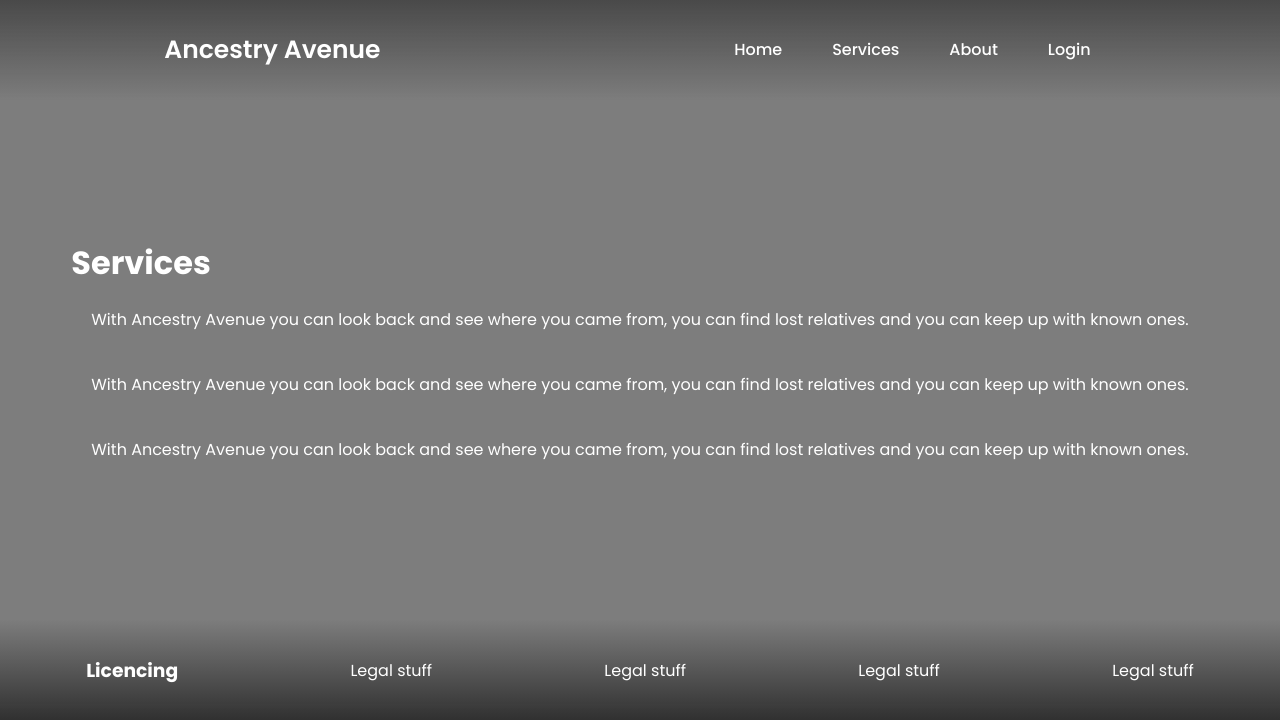
Repository: Erik-Paulin/24wuab
Page: services.html
An editor plug-in stored every save of this project. The page is shown before and after a run of saves, followed by the edit.
The browser window is 1280 px wide. The pictures show the whole page.

Above is the page before, as saved 2024-05-04 17:28:24.
Console error: TypeError: Cannot read properties of null (reading 'addEventListener')

After the next 2 saves:
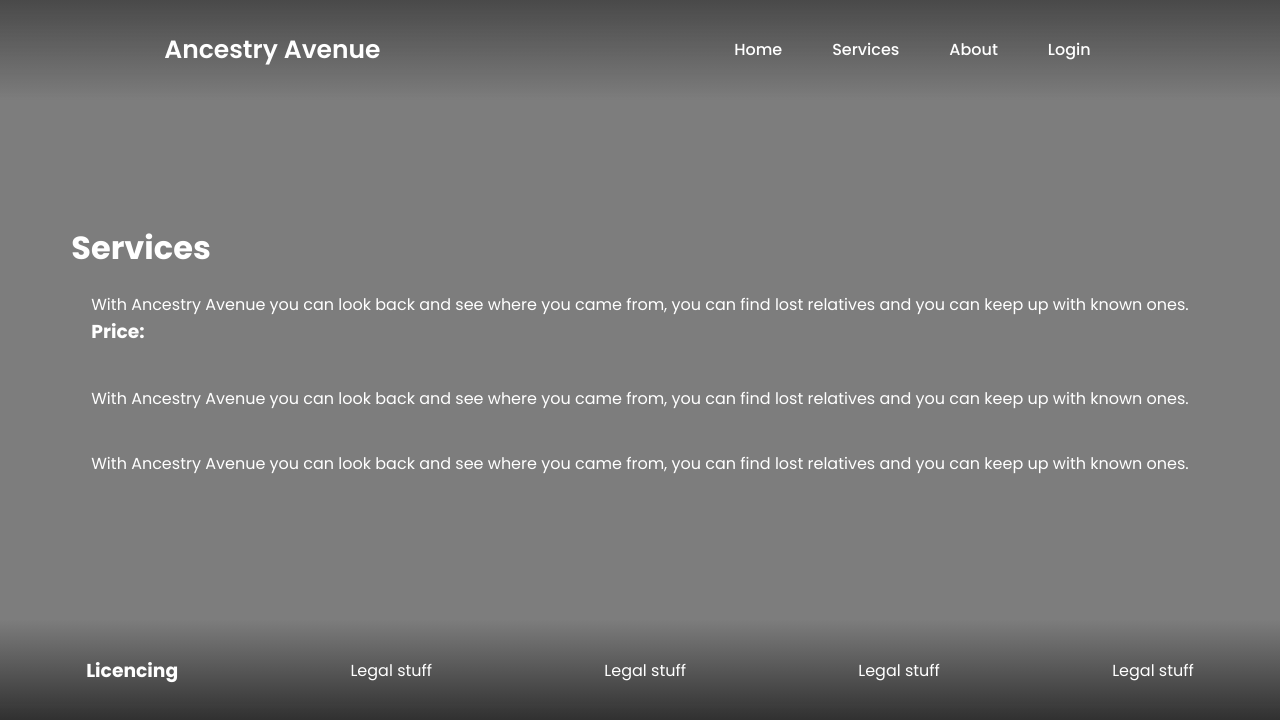
The 2 saves are shown as one change because they came seconds apart.
The last was saved 7 s later.
--- a/services.html
+++ b/services.html
@@ -52,7 +52,7 @@
                 ones.
               </p>
               <h3>
-
+                Price:
               </h3>
             </div>
           </div>
